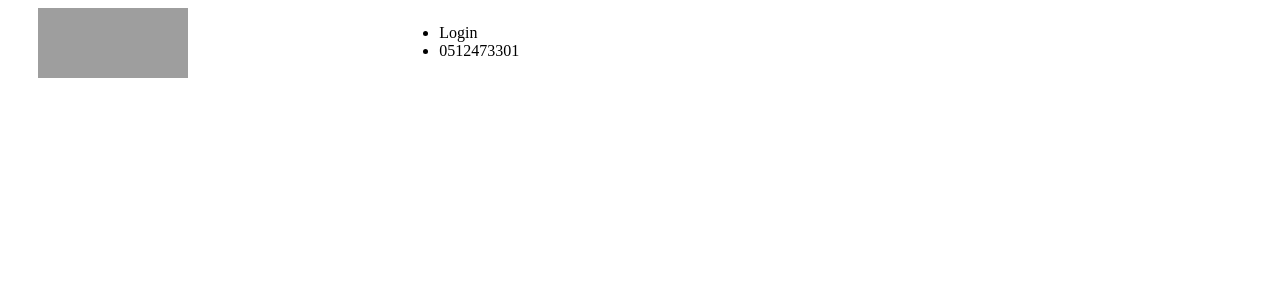
Repository: syedali042/quadacts-cucurico
Page: index.html
An editor plug-in stored every save of this project. The page is shown before and after a run of saves, followed by the edit.
The browser window is 1280 px wide. The pictures show the whole page.
Pictures or frames that could not be fetched are drawn as grey boxes.

Above is the page before, as saved 2021-10-03 20:45:49.

After the next 2 saves:
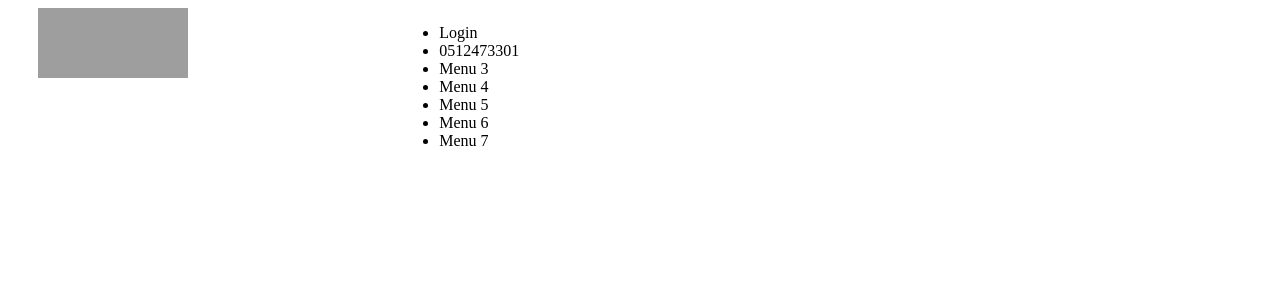
The 2 saves are shown as one change because they came seconds apart.
The last was saved 15 min 0 s later.
--- a/index.html
+++ b/index.html
@@ -20,6 +20,11 @@
                     <ul>
                         <li>Login</li>
                         <li>0512473301</li>
+                        <li>Menu 3</li>
+                        <li>Menu 4</li>
+                        <li>Menu 5</li>
+                        <li>Menu 6</li>
+                        <li>Menu 7</li>
                     </ul>
                 </div>
             </div>
